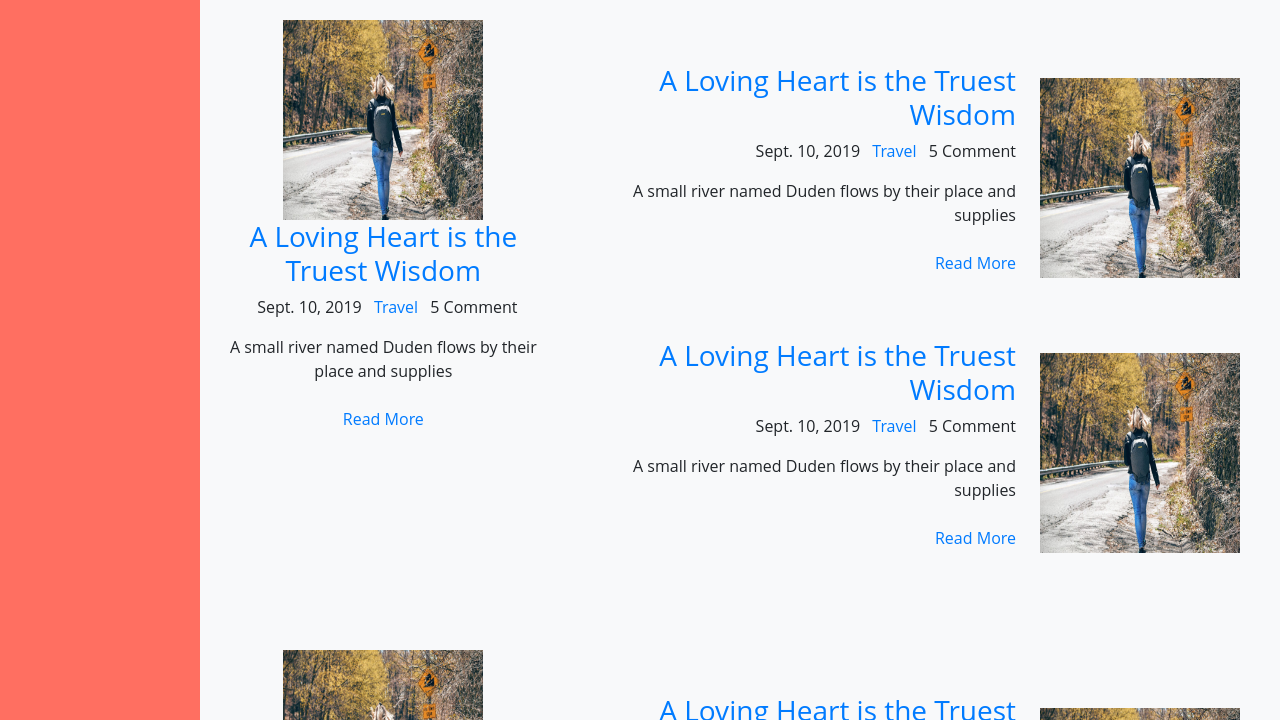
Repository: tts2610/GoogleNews
Page: index.html
The author's editor kept a copy of each file at every save. The page is drawn from the files as they stood at one save, then again after the next save.
The browser window is 1280 px wide. The pictures show the whole page.
The page's requests for data from a server got no answer. An inner scrolling area shows only its first screen. Some web libraries are served in a nearby version.

Above is the page before, as saved 2020-05-20 22:24:51.

### index.html
<!DOCTYPE html>
<html lang="en">

<head>
    <meta charset="UTF-8">
    <meta name="viewport" content="width=device-width, initial-scale=1.0">
    <title>Document</title>
    <link rel="stylesheet" href="https://maxcdn.bootstrapcdn.com/bootstrap/4.4.1/css/bootstrap.min.css">

    <!-- jQuery library -->
    <script src="https://ajax.googleapis.com/ajax/libs/jquery/3.5.1/jquery.min.js"></script>

    <!-- Popper JS -->
    <script src="https://cdnjs.cloudflare.com/ajax/libs/popper.js/1.16.0/umd/popper.min.js"></script>

    <!-- Latest compiled JavaScript -->
    <script src="https://maxcdn.bootstrapcdn.com/bootstrap/4.4.1/js/bootstrap.min.js"></script>
    <link rel="stylesheet" href="css/style.css">

    <link href="https://unpkg.com/aos@2.3.1/dist/aos.css" rel="stylesheet">

    <link rel="stylesheet" href="https://cdnjs.cloudflare.com/ajax/libs/animate.css/4.0.0/animate.min.css" />
    <script src="js/moment.js"></script>
</head>

<body>
    <div class="myContainer">
        <div class="sidenav">
            <ul id="sideNav">
                <!-- <li></li>
                <li></li>
                <li></li> -->
            </ul>
        </div>
        <div class="content" id="myContent">

            <div class="row">
                <div class="col-4">
                    <div class="blog-entry-left">
                        <div>
                            <img src="img/image_8.jpg" width="200" height="200">
                        </div>
                        <div class="text" style="text-align: center;">
                            <h3 class=""><a href="single.html">A Loving Heart is the Truest Wisdom</a></h3>
                            <div class="meta-wrap">
                                <p class="meta">
                                    <span><i class="icon-calendar mr-2"></i>Sept. 10, 2019</span>
                                    <span><a href="single.html"><i class="icon-folder-o mr-2"></i>Travel</a></span>
                                    <span><i class="icon-comment2 mr-2"></i>5 Comment</span>
                                </p>
                            </div>
                            <p class="mb-4">A small river named Duden flows by their place and supplies</p>
                            <p><a href="#" class="btn-custom">Read More <span class="ion-ios-arrow-forward"></span></a></p>
                        </div>
                    </div>
                </div>
                <div class="col-8 d-flex">
                    <div class="row">
                        <div class="col-md-12">
                            <div class="blog-entry ftco-animate d-md-flex align-items-center">
                                <div class="text text-2 text-md-right p-4">
                                    <h3 class="mb-2"><a href="single.html">A Loving Heart is the Truest Wisdom</a></h3>
                                    <div class="meta-wrap">
                                        <p class="meta">
                                            <span><i class="icon-calendar mr-2"></i>Sept. 10, 2019</span>
                                            <span><a href="single.html"><i class="icon-folder-o mr-2"></i>Travel</a></span>
                                            <span><i class="icon-comment2 mr-2"></i>5 Comment</span>
                                        </p>
                                    </div>
                                    <p class="mb-4">A small river named Duden flows by their place and supplies</p>
                                    <p><a href="#" class="btn-custom">Read More <span class="ion-ios-arrow-forward"></span></a></p>
                                </div>
                                <div class="news-img"><img src="img/image_8.jpg" width="200" height="200"></div>
                            </div>
                        </div>
                        <div class="col-md-12">
                            <div class="blog-entry ftco-animate d-md-flex align-items-center">
                                <div class="text text-2 text-md-right p-4">
                                    <h3 class="mb-2"><a href="single.html">A Loving Heart is the Truest Wisdom</a></h3>
                                    <div class="meta-wrap">
                                        <p class="meta">
                                            <span><i class="icon-calendar mr-2"></i>Sept. 10, 2019</span>
                                            <span><a href="single.html"><i class="icon-folder-o mr-2"></i>Travel</a></span>
                                            <span><i class="icon-comment2 mr-2"></i>5 Comment</span>
                                        </p>
                                    </div>
                                    <p class="mb-4">A small river named Duden flows by their place and supplies</p>
                                    <p><a href="#" class="btn-custom">Read More <span class="ion-ios-arrow-forward"></span></a></p>
                                </div>
                                <div class="news-img"><img src="img/image_8.jpg" width="200" height="200"></div>
                            </div>
                        </div>
                    </div>
                </div>
            </div>
            <!-- <button type="button" id="loadMoreBtn" class="btn btn-success my-3" style="margin-left: 470px;">Load more...</button> -->
            <div class="row">
                <div class="col-4 d-flex">
                    <div class="blog-entry-left">
                        <div>
                            <img src="img/image_8.jpg" width="200" height="200">
                        </div>
                        <div class="text p-4" style="text-align: center;">
                            <h3 class="mb-2"><a href="single.html">A Loving Heart is the Truest Wisdom</a></h3>
                            <div class="meta-wrap">
                                <p class="meta">
                                    <span><i class="icon-calendar mr-2"></i>Sept. 10, 2019</span>
                                    <span><a href="single.html"><i class="icon-folder-o mr-2"></i>Travel</a></span>
                                    <span><i class="icon-comment2 mr-2"></i>5 Comment</span>
                                </p>
                            </div>
                            <p class="mb-4">A small river named Duden flows by their place and supplies</p>
                            <p><a href="#" class="btn-custom">Read More <span class="ion-ios-arrow-forward"></span></a></p>
                        </div>
                    </div>
                </div>
                <div class="col-8 d-flex">
                    <div class="row">
                        <div class="col-md-12">
                            <div class="blog-entry ftco-animate d-md-flex align-items-center">
                                <div class="text text-2 text-md-right p-4">
                                    <h3 class="mb-2"><a href="single.html">A Loving Heart is the Truest Wisdom</a></h3>
                                    <div class="meta-wrap">
                                        <p class="meta">
                                            <span><i class="icon-calendar mr-2"></i>Sept. 10, 2019</span>
                                            <span><a href="single.html"><i class="icon-folder-o mr-2"></i>Travel</a></span>
                                            <span><i class="icon-comment2 mr-2"></i>5 Comment</span>
                                        </p>
                                    </div>
                                    <p class="mb-4">A small river named Duden flows by their place and supplies</p>
                                    <p><a href="#" class="btn-custom">Read More <span class="ion-ios-arrow-forward"></span></a></p>
                                </div>
                                <div class="news-img"><img src="img/image_8.jpg" width="200" height="200"></div>
                            </div>
                        </div>
                        <div class="col-md-12">
                            <div class="blog-entry ftco-animate d-md-flex align-items-center">
                                <div class="text text-2 text-md-right p-4">
                                    <h3 class="mb-2"><a href="single.html">A Loving Heart is the Truest Wisdom</a></h3>
                                    <div class="meta-wrap">
                                        <p class="meta">
                                            <span><i class="icon-calendar mr-2"></i>Sept. 10, 2019</span>
                                            <span><a href="single.html"><i class="icon-folder-o mr-2"></i>Travel</a></span>
                                            <span><i class="icon-comment2 mr-2"></i>5 Comment</span>
                                        </p>
                                    </div>
                                    <p class="mb-4">A small river named Duden flows by their place and supplies</p>
                                    <p><a href="#" class="btn-custom">Read More <span class="ion-ios-arrow-forward"></span></a></p>
                                </div>
                                <div class="news-img"><img src="img/image_8.jpg" width="200" height="200"></div>
                            </div>
                        </div>
                    </div>
                </div>
            </div>
        </div>
    </div>

    <script src="js/script.js"></script>
    <script src="https://unpkg.com/aos@2.3.1/dist/aos.js"></script>
    <script>
        AOS.init();
    </script>
</body>

</html>

### css/style.css
body {
    margin: 0;
    font-family: 'Open Sans', sans-serif;
}

.myContainer {
    display: flex;
    justify-content: start;
}

.sidenav {
    min-height: 100vh;
    width: 200px;
    float: left;
    position: relative;
    background-color: #FF6F61;
}

#sideNav {
    overflow-y: scroll;
}

.content {
    height: 100vh;
    width: calc(100% - 200px);
    float: right;
    position: relative;
    background-color: #f8f9fa;
    overflow-y: scroll;
}

.blog-entry-left {
    display: flex;
    flex-direction: column;
    align-items: center;
}

.row {
    padding: 20px;
    font-size: medium;
}

button {
    margin-left: 500px;
}

### js/script.js
let newsList = [];
const apiKey = "2dc86bcdc7184b17b45b74b30858f75a"
let page = 1;
let pageSize = 6;
let categoryList = [];
let q = "apple";

const loadNews = async(page) => {
    let sources = [];
    $("input:checkbox:checked").each(function() {
        sources.push($(this).val());
    });
    let url;
    if (!sources.length)
        url = `https://newsapi.org/v2/top-headlines?q=${q}&apiKey=${apiKey}&page=${page}&pageSize=${pageSize}`;
    else {
        let sourceStr = sources.join(",");
        url = `https://newsapi.org/v2/top-headlines?q=${q}&page=${page}&pageSize=${pageSize}&sources=${sourceStr}&apiKey=${apiKey}`
    }



    let data = await fetch(url);
    let result = await data.json();
    $("#myContent").empty();
    $("#myContent").append(render(result));
    $('#myContent').append(`<button onclick="loadMoreFunction()" id="loadMoreBtn" type="button" class="btn btn-success my-4">Load more</button>`);
    $('#myContent').append(`<div id="currentNews" style="text-align:right;">Shown : ${result.articles.length} news</div>`);
}

$(document).ready(function() {
    countCategory();
    // loadNews(page);

});

async function countCategory() {
    let filterUrl = `https://newsapi.org/v2/top-headlines?q=${q}&apiKey=${apiKey}`;
    let filterData = await fetch(filterUrl);
    let result = await filterData.json();
    result.articles.forEach((x, i) => {
        addToDictionary(x.source);
    });
    reloadFilter();
}


function loadMoreFunction() {
    page++;
    $("#loadMoreBtn").remove();
    $("#currentNews").remove();
    loadNews(page);
}

function reloadFilter() {
    $("#sideNav").empty();
    categoryList.forEach(element => {
        let html = `<div class="form-check">
                        <input class="form-check-input" onchange="loadNews(1);" type="checkbox" id="${element.id}" value="${element.id}">
                        <label class="form-check-label">${element.category}(${element.count})</label>
                    </div>`;
        $("#sideNav").append(html);
    });
}

function addToDictionary(x) {
    let flag;
    for (let i = 0; i < categoryList.length; i++) {
        if (categoryList[i].id == x.id) {
            categoryList[i].count++;
            flag = true;
        }
    }
    if (!flag)
        categoryList.push({ id: x.id, category: x.name, count: 1 })
}

function render(result) {
    let innerHtml = '';
    let firstNum = 0;
    let midNum;
    let lastNum;
    result.articles.forEach((x, i) => {
        if (i == firstNum) {
            innerHtml += `<div class="row animate__animated animate__fadeInUp">
            <div class="col-4">
                <div class="blog-entry-left">
                    <div>
                        <img src="${x.urlToImage}" width="200" height="200">
                    </div>
                    <div class="text">
                        <h3 class=""><a href="single.html">${x.title}</a></h3>
                        <div class="meta-wrap">
                            <p class="meta">
                                <span><i class="icon-calendar mr-2"></i>${moment(x.publishedAt).fromNow()}</span>
                                <span><a href="single.html"><i class="icon-folder-o mr-2"></i>${x.source.name}</a></span>
                                <span><i class="icon-comment2 mr-2"></i>5 Comment</span>
                            </p>
                        </div>
                        <p class="">${x.description}</p>
                        <p><a href="#" class="btn-custom">Read More <span class="ion-ios-arrow-forward"></span></a></p>
                    </div>
                </div>
            </div>`
            midNum = i + 1;
            firstNum = firstNum + 3;
        }
        if (i == midNum) {
            innerHtml += `<div class="col-8">
            <div class="row">
                <div class="col-md-12">
                    <div class="blog-entry">
                        <div class="text text-2 text-md-right pr-4">
                            <h3 class="mb-2"><a href="single.html">${x.title}</a></h3>
                            <div class="meta-wrap">
                                <p class="meta">
                                    <span><i class="icon-calendar mr-2"></i>${moment(x.publishedAt).fromNow()}</span>
                                    <span><a href="single.html"><i class="icon-folder-o mr-2"></i>${x.source.name}</a></span>
                                    <span><i class="icon-comment2 mr-2"></i>5 Comment</span>
                                </p>
                            </div>
                            <p class="mb-4">${x.description}</p>
                            <p><a href="#" class="btn-custom">Read More <span class="ion-ios-arrow-forward"></span></a></p>
                        </div>
                        <div class="news-img"><img src="${x.urlToImage}" width="200" height="200"></div>
                    </div>
                </div>`
            lastNum = i + 1;
        }
        if (i == lastNum) {
            innerHtml += `<div class="col-md-12">
            <div class="blog-entry ftco-animate d-md-flex align-items-center">
                <div class="text text-2 text-md-right pr-4">
                    <h3 class="mb-2"><a href="single.html">${x.title}</a></h3>
                    <div class="meta-wrap">
                        <p class="meta">
                            <span><i class="icon-calendar mr-2"></i>${moment(x.publishedAt).fromNow()}</span>
                            <span><a href="single.html"><i class="icon-folder-o mr-2"></i>${x.source.name}</a></span>
                            <span><i class="icon-comment2 mr-2"></i>5 Comment</span>
                        </p>
                    </div>
                    <p class="mb-4">${x.description}</p>
                    <p><a href="#" class="btn-custom">Read More <span class="ion-ios-arrow-forward"></span></a></p>
                </div>
                <div class="news-img"><img src="${x.urlToImage}" width="200" height="200"></div>
            </div>
        </div>
    </div>
</div>
</div>
`
        }


    });
    return innerHtml;
}

Loaded but not shown: js/moment.js (library)

After the next save:
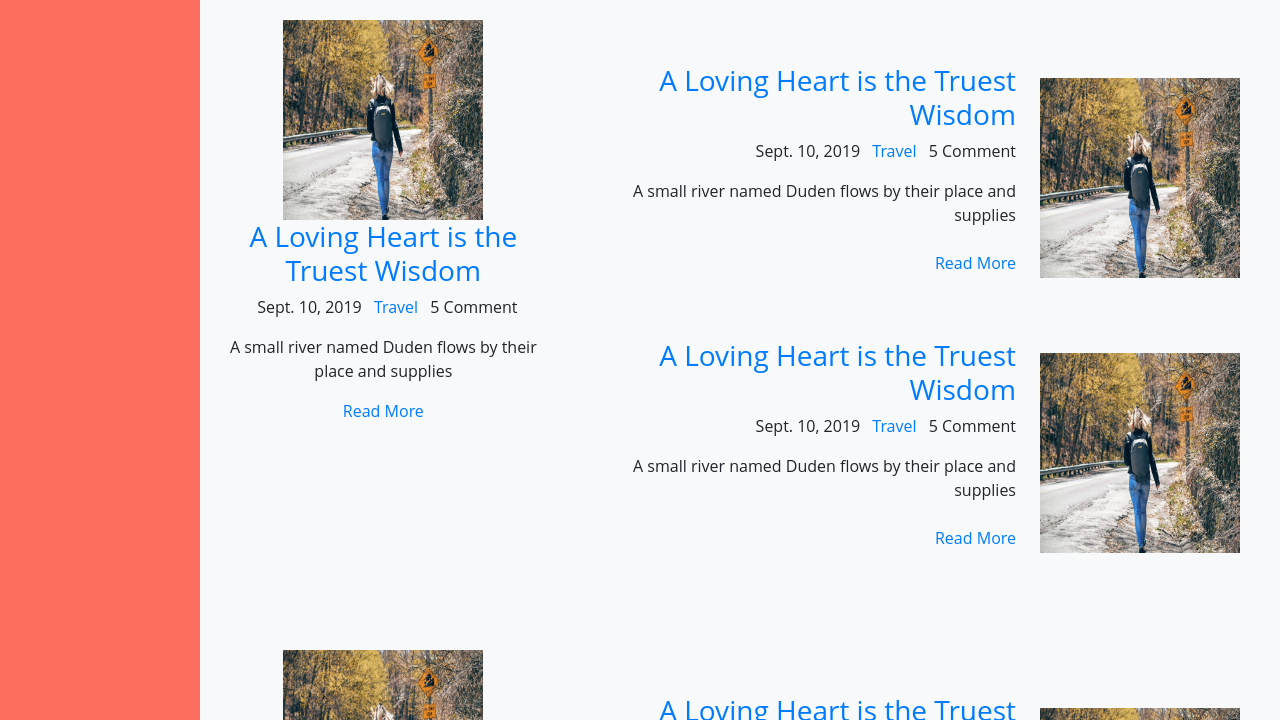
Saved 4 s later.
--- a/index.html
+++ b/index.html
@@ -49,7 +49,7 @@
                                     <span><i class="icon-comment2 mr-2"></i>5 Comment</span>
                                 </p>
                             </div>
-                            <p class="mb-4">A small river named Duden flows by their place and supplies</p>
+                            <p class="">A small river named Duden flows by their place and supplies</p>
                             <p><a href="#" class="btn-custom">Read More <span class="ion-ios-arrow-forward"></span></a></p>
                         </div>
                     </div>
